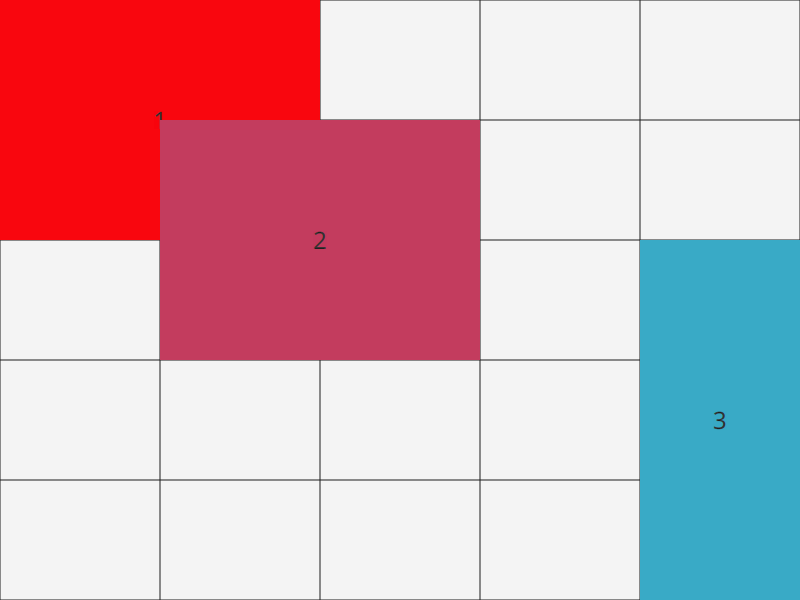
Repository: fredoluzjr/Java-Udemy
Program's window: java Workspace/exercicios-javafx/src/layout/AppLayout.java
An editor plug-in stored every save of this project. The program's window is shown before and after the next save, followed by the edit.
It runs on Java 21 on a 1366 x 768 screen with JavaFX 11; the title bar is not drawn.

Above is the program's window before, as saved 2021-07-08 23:31:32.

After the next save:
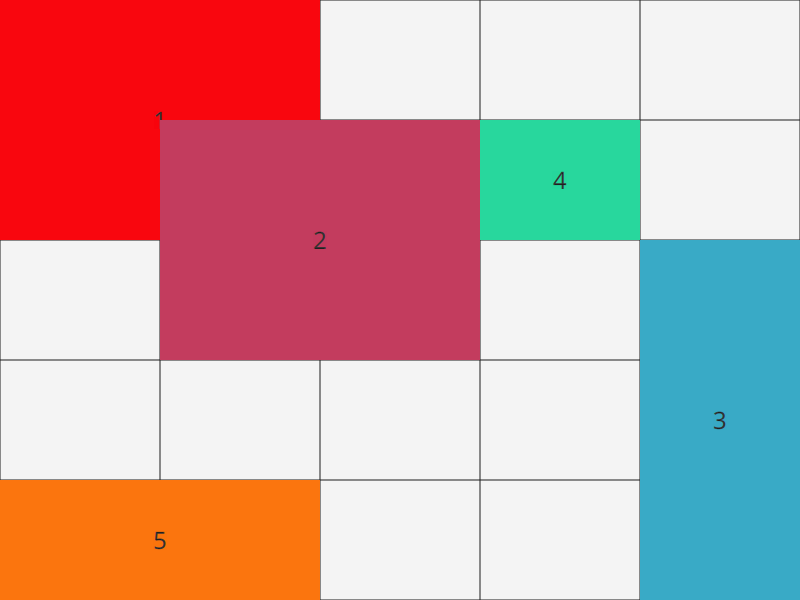
Saved 50 s later.
--- a/Workspace/exercicios-javafx/src/layout/TesteGridPane.java
+++ b/Workspace/exercicios-javafx/src/layout/TesteGridPane.java
@@ -23,6 +23,8 @@
 		add(c1, 0, 0, 2, 2);
 		add(c2, 1, 1, 2, 2);
 		add(c3, 4, 2, 1, 3);
+		add(c4, 3, 1);
+		add(c5, 0, 4, 2, 1);
 	}
 
 	private ColumnConstraints cc() {
